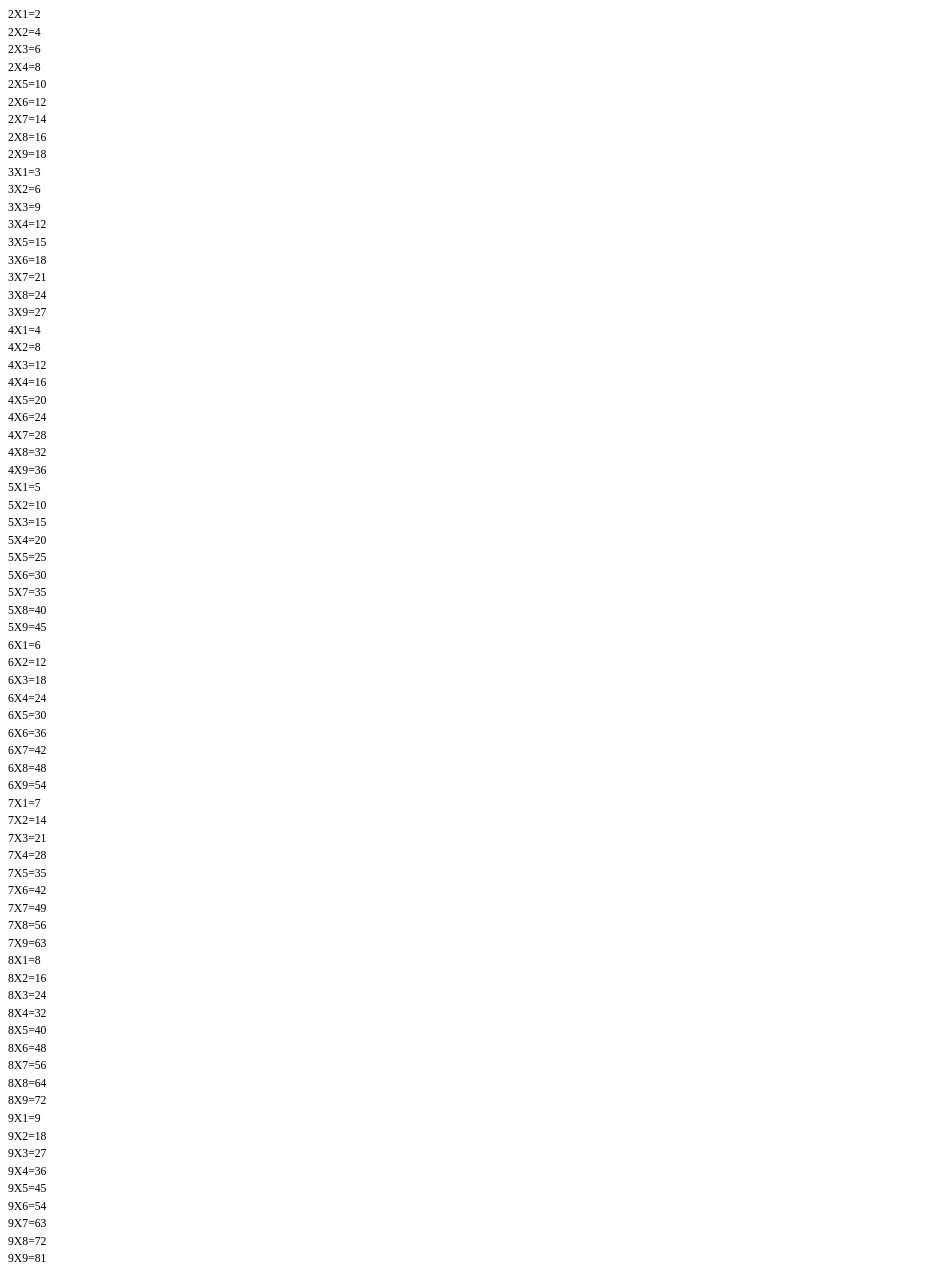
Repository: Kimgigon123123/JspServlet
Page: http://localhost/03.Tag/01.Script/Ex04For.jsp
An editor plug-in stored every save of this project. The page is shown before and after the next save, followed by the edit.
The browser window is 1280 px wide. The pictures show the whole page, at 73% of full size.
The page is served by Tomcat 9. Other server files are loaded and not shown.

Above is the page before, as saved 2023-05-19 02:07:29.

### WorkSpace/03.Tag/src/main/webapp/01.Script/Ex04For.jsp
<%@ page language="java" contentType="text/html; charset=UTF-8"
    pageEncoding="UTF-8"%>
<!DOCTYPE html>
<html>
<head>
<meta charset="UTF-8">
<title>Insert title here</title>
</head>
<body>

	<% for(int i=2;i<=9;i++){
		for(int j=1;j<=9;j++){%>
	<table><tr><td><%=i+"X"+j+"="+i*j %></td>

	<% } %> </tr>
	<% }%> </table>





</body>
</html>

After the next save:
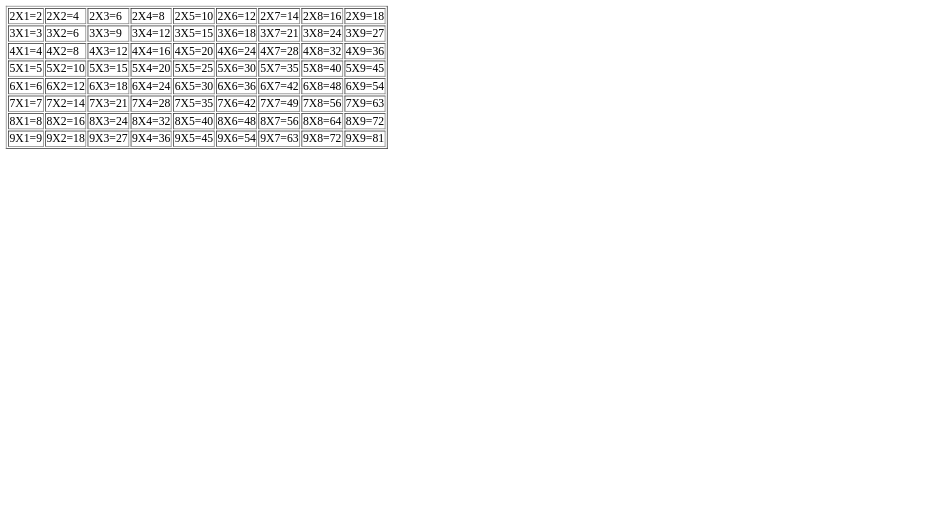
Saved 94 s later.
--- a/WorkSpace/03.Tag/src/main/webapp/01.Script/Ex04For.jsp
+++ b/WorkSpace/03.Tag/src/main/webapp/01.Script/Ex04For.jsp
@@ -7,10 +7,10 @@
 <title>Insert title here</title>
 </head>
 <body>
-
-	<% for(int i=2;i<=9;i++){
-		for(int j=1;j<=9;j++){%>
-	<table><tr><td><%=i+"X"+j+"="+i*j %></td>
+	<table border = "1px solid black">
+	<% for(int i=2;i<=9;i++){%><tr>
+		<%for(int j=1;j<=9;j++){%>
+	<td><%=i+"X"+j+"="+i*j %></td>
 
 	<% } %> </tr>
 	<% }%> </table>
